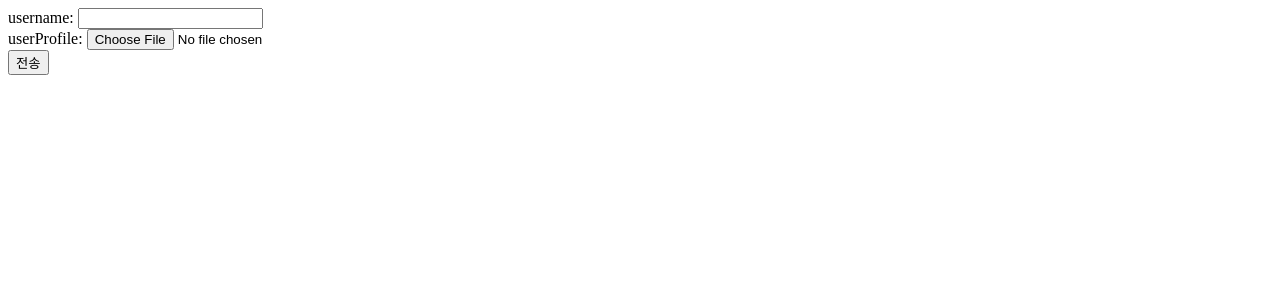
Repository: DIFJIVijDijfIjDIJVmijijVMIm/Melac
Page: http://localhost/blog/test/uploadForm.jsp
An editor plug-in stored every save of this project. The page is shown before and after the next save, followed by the edit.
The browser window is 1280 px wide. The pictures show the whole page.
The page is served by Tomcat 9.

Above is the page before, as saved 2019-11-12 00:49:39.

After the next save:
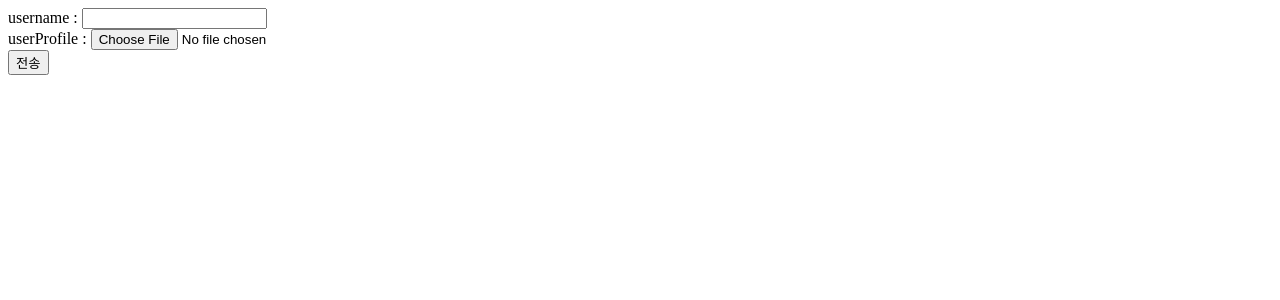
Saved 2 min 9 s later.
--- a/blog/WebContent/test/uploadForm.jsp
+++ b/blog/WebContent/test/uploadForm.jsp
@@ -8,8 +8,8 @@
 </head>
 <body>
 	<form action="uploadAction.jsp" method="POST" enctype="multipart/form-data">	<!-- MIME 타입 -->
-		username: <input type="text" name="username"/> <br/>
-		userProfile: <input type="file" name="userProfile"/> <br/>
+		username : <input type="text" name="username"/> <br/>
+		userProfile : <input type="file" name="userProfile"/> <br/>
 		<input type="submit" value="전송"/>
 	</form>
 </body>
